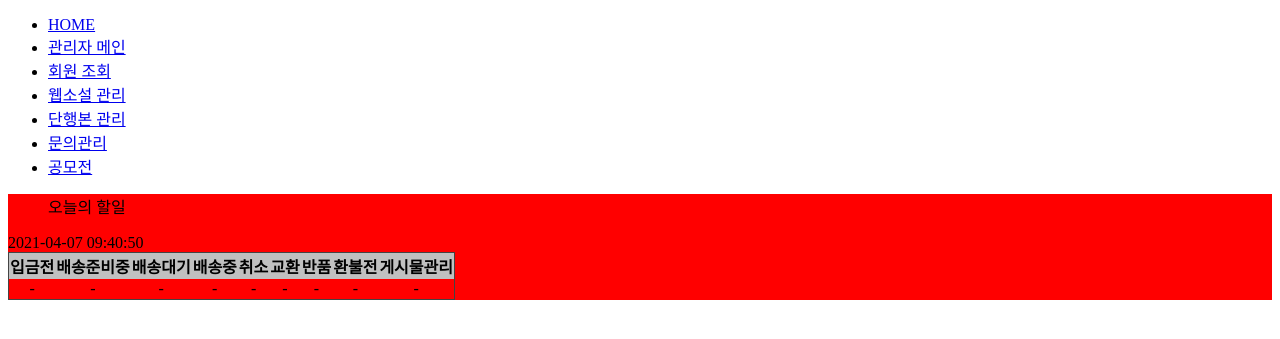
Repository: hoony0203/firstbook
Page: http://localhost/first_book/admin/main
These files come from the project's save history. The page is drawn as it stood at one moment and after the next save; the edit follows.
The browser window is 1280 px wide. The pictures show the whole page.
The page is served by Tomcat 9. Other server files are loaded and not shown.

Above is the page before, as saved 2021-04-10 08:06:39.

### first_book/web/WEB-INF/views/admin/adminMain.jsp
<%@ page language="java" contentType="text/html; charset=UTF-8"
    pageEncoding="UTF-8"%>
<%@ taglib prefix="c" uri="http://java.sun.com/jsp/jstl/core" %>
<%@ taglib prefix="fmt" uri="http://java.sun.com/jsp/jstl/fmt"%>
<!DOCTYPE html>
<html>
<head>
<meta charset="UTF-8">
<title>Insert title here</title>
</head>

<style>
	figure { text-align: left;}
	#a1 { background-color: red; }
	#a1 table{ text-align : center; border: 1px solid #444444; border-collapse: collapse; border-spacing: 0; border-spacing: 30px;}
	#a1 table>thead { background-color: silver; }

</style>

<body>
	<jsp:include page="adminHeader.jsp"></jsp:include>

		<section>

		<article id="a1">

		<figure>
			<figcaption>
			오늘의 할일
			</figcaption>
		</figure>
		<c:set var="now" value="<%=new java.util.Date()%>" />
		<fmt:formatDate value="${now}" pattern="yyyy-MM-dd hh:mm:ss" />
		<table>

			<thead>
				<tr>
					<th>입금전</th>
					<th>배송준비중</th>
					<th>배송대기</th>
					<th>배송중</th>
					<th>취소</th>
					<th>교환</th>
					<th>반품</th>
					<th>환불전</th>
					<th>게시물관리</th>

				</tr>
			</thead>

				<tr>
					<td>-</td>
					<td>-</td>
					<td>-</td>
					<td>-</td>
					<td>-</td>
					<td>-</td>
					<td>-</td>
					<td>-</td>
					<td>-</td>

				</tr>

		</table>

		</article>



		<article></article>



		<article></article>



		<article></article>



		<article></article>



	</section>

</body>
</html>

### first_book/web/WEB-INF/views/admin/adminHeader.jsp
<%@ page language="java" contentType="text/html; charset=UTF-8"
    pageEncoding="UTF-8"%>
<%@ taglib prefix="c" uri="http://java.sun.com/jsp/jstl/core" %>
<!DOCTYPE html>
<html>
<head>
<meta charset="UTF-8">



<title>Insert title here</title>

</head>
<body>
		<div class="menu-area">
		<div class="nav-area">
			<ul>
				<li><a href="${ pageContext.servletContext.contextPath }">HOME</a></li>
				<li><a href="${ pageContext.servletContext.contextPath }/admin/main">관리자 메인</a></li>
				<li><a href="${ pageContext.servletContext.contextPath }/admin/memlist">회원 조회</a></li>
				<li><a href="${ pageContext.servletContext.contextPath }/admin/webNovel">웹소설 관리</a></li>
				<li><a href="${ pageContext.servletContext.contextPath }/admin/novel">단행본 관리</a></li>
				<li><a href="${ pageContext.servletContext.contextPath }/admin/QNA">문의관리</a></li>
				<li><a href="${ pageContext.servletContext.contextPath }/admin/contest">공모전</a></li>
			</ul>
		</div> <!-- nav-area end -->
	</div> <!-- menu-area end -->

</body>
</html>

### first_book/src/com/lastbug/firstbook/admin/controller/AdminMainServlet.java
package com.lastbug.firstbook.admin.controller;

import java.io.IOException;
import javax.servlet.ServletException;
import javax.servlet.annotation.WebServlet;
import javax.servlet.http.HttpServlet;
import javax.servlet.http.HttpServletRequest;
import javax.servlet.http.HttpServletResponse;


@WebServlet("/admin/main")
public class AdminMainServlet extends HttpServlet {
	private static final long serialVersionUID = 1L;


	protected void doGet(HttpServletRequest request, HttpServletResponse response) throws ServletException, IOException {

		request.getRequestDispatcher("/WEB-INF/views/admin/adminMain.jsp").forward(request, response);
	}

}

### first_book/src/com/lastbug/firstbook/common/config/ConfigLocation.java
package com.lastbug.firstbook.common.config;

public class ConfigLocation {

	public static String CONNECTION_CONFIG_LOCATION;
	public static String MAPPER_LOCATION;


}

After the next save:
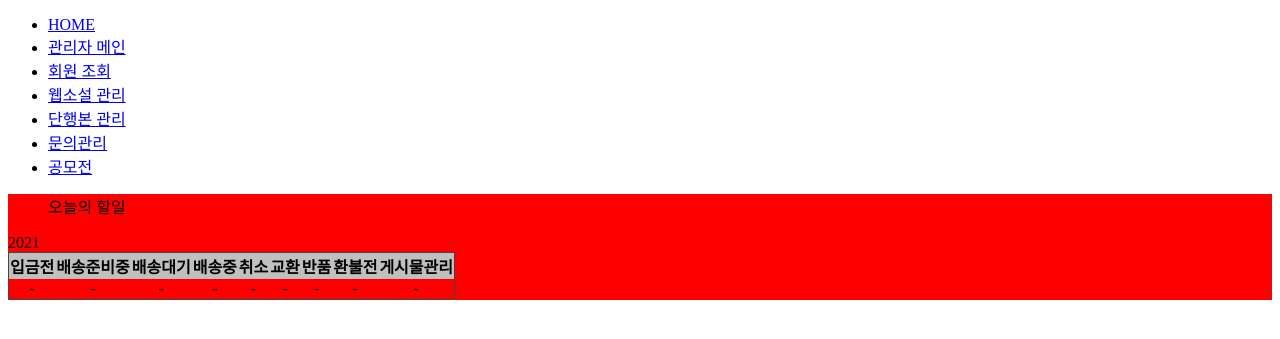
Saved 21 s later.
--- a/first_book/web/WEB-INF/views/admin/adminMain.jsp
+++ b/first_book/web/WEB-INF/views/admin/adminMain.jsp
@@ -30,7 +30,8 @@
 			</figcaption>
 		</figure>
 		<c:set var="now" value="<%=new java.util.Date()%>" />
-		<fmt:formatDate value="${now}" pattern="yyyy-MM-dd hh:mm:ss" />
+		<c:set var="sysYear"><fmt:formatDate value="${now}" pattern="yyyy" /></c:set>
+		<c:out value="${sysYear}" />
 		<table>
 
 			<thead>

After the 3 saves that followed:
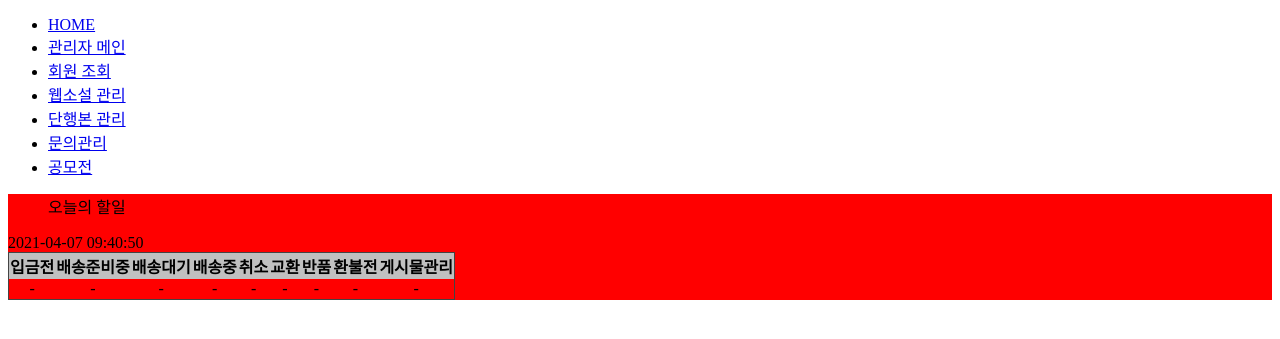
The 3 saves are shown as one change because 2 left the picture as it was.
The last was saved 105 s later.
--- a/first_book/web/WEB-INF/views/admin/adminMain.jsp
+++ b/first_book/web/WEB-INF/views/admin/adminMain.jsp
@@ -29,9 +29,14 @@
 			오늘의 할일
 			</figcaption>
 		</figure>
+
+		<div>
 		<c:set var="now" value="<%=new java.util.Date()%>" />
-		<c:set var="sysYear"><fmt:formatDate value="${now}" pattern="yyyy" /></c:set>
+		<c:set var="sysYear"><fmt:formatDate value="${now}" pattern="yyyy-MM-dd hh:mm:ss" /></c:set>
 		<c:out value="${sysYear}" />
+		</div>
+
+
 		<table>
 
 			<thead>
